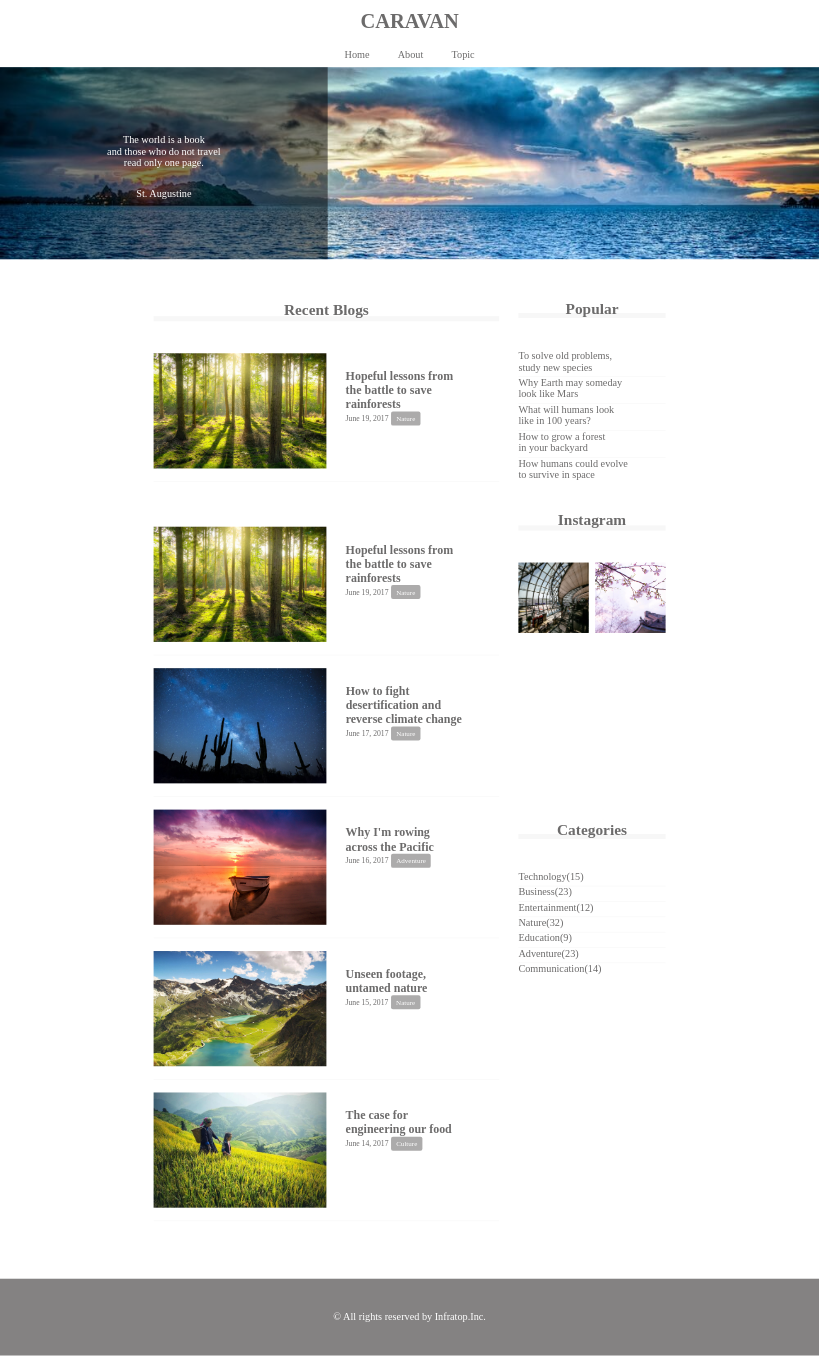
Repository: menyuu/test-html-CSS-practice
Page: caravan/index.html
The author's editor kept a record of every edit. The page is drawn from the files as they stood at one moment, then again after the next edit.
The browser window is 1280 px wide. The pictures show the whole page, at 64% of full size.

Above is the page before.

### caravan/index.html
<!DOCTYPE html>
<html lang="ja">
<head>
  <meta charset="UTF-8">
  <link rel="stylesheet" href="style.css" />
  <title>CARAVAN</title>
</head>
<body>
  <header>
    <h1 class="heading">
      <a href="index.html">
      CARAVAN
      </a>
    </h1>
  </header>

  <nav>
    <ul class="nav-list">
      <li class="nav-list-item">
        <a href="index.html">Home</a>
      </li>
      <li class="nav-list-item">
        <a href="#">About</a>
      </li>
      <li class="nav-list-item">
        <a href="#">Topic</a>
      </li>
    </ul>
  </nav>

  <div class="main-visual">
    <div class="main-visual-content">
      <p class="main-visual-text">
        The world is a book<br>
        and those who do not travel<br>
        read only one page.
      </p>
      <p class="main-visual-name">
        St. Augustine
      </p>
    </div>
  </div>

  <main>
    <section class="blog">
      <h2 class="blog-heading">Recent Blogs</h2>
      <div class="blog-box">
        <div class="blog-item">
          <img class="blog-image" src="img/forest.jpg">
          <section class="blog-text">
            <h3 class="blog-text-heading">
              <a href="single.html">
                Hopeful lessons from<br>
                the battle to save<br>
                rainforests
              </a>
            </h3>
            <p class="blog-date">June 19, 2017</p>
            <span class="category">Nature</span>
          </section>
        </div>
      </div>

      <!-- 以下コピペ　-->

      <div class="blog-box">
          <div class="blog-item">
            <img class="blog-image" src="img/forest.jpg" />
            <section class="blog-text">
              <h3 class="blog-text-heading">
                <a href="single.html">
                  Hopeful lessons from<br />
                  the battle to save<br />
                  rainforests
                </a>
              </h3>
              <p class="blog-date">June 19, 2017</p>
              <span class="category">Nature</span>
            </section>
          </div>
          <div class="blog-item">
            <img class="blog-image" src="img/desert.jpg" />
            <section class="blog-text">
              <h3 class="blog-text-heading">
                <a href="single.html">
                  How to fight<br />
                  desertification and<br />
                  reverse climate change
                </a>
              </h3>
              <p class="blog-date">June 17, 2017</p>
              <span class="category">Nature</span>
            </section>
          </div>
          <div class="blog-item">
            <img class="blog-image" src="img/sunset.jpg" />
            <section class="blog-text">
              <h3 class="blog-text-heading">
                <a href="single.html">
                  Why I'm rowing<br />
                  across the Pacific
                </a>
              </h3>
              <p class="blog-date">June 16, 2017</p>
              <span class="category">Adventure</span>
            </section>
          </div>
          <div class="blog-item">
            <img class="blog-image" src="img/italy.jpg" />
            <section class="blog-text">
              <h3 class="blog-text-heading">
                <a href="single.html">
                  Unseen footage,<br />
                  untamed nature
                </a>
              </h3>
              <p class="blog-date">June 15, 2017</p>
              <span class="category">Nature</span>
            </section>
          </div>
          <div class="blog-item">
            <img class="blog-image" src="img/asia.jpg" />
            <section class="blog-text">
              <h3 class="blog-text-heading">
                <a href="single.html">
                  The case for<br />
                  engineering our food
                </a>
              </h3>
              <p class="blog-date">June 14, 2017</p>
              <span class="category">Culture</span>
            </section>
          </div>
        </div>

      <!--ここまで-->

      <div class="pagination">
        <p></p>
        <p></p>
        <p></p>
        <p></p>
        <p></p>
        <p></p>
        <p></p>
      </div>

    </section>

    <div class="sidebar">
      <section class="popular">
        <h2 class="popular-heading common-heading">Popular</h2>
        <div class="sidebar-contents">
          <p class="popular-text">To solve old problems,<br>study new species</p>
          <p class="popular-text">Why Earth may someday<br>look like Mars</p>
          <p class="popular-text">What will humans look<br>like in 100 years?</p>
          <p class="popular-text">How to grow a forest<br>in your backyard</p>
          <p class="popular-text">How humans could evolve<br>to survive in space</p>
        </div>
      </section>
      <section class="instagram">
        <h2 class="instagram-heading common-heading">Instagram</h2>
        <div class="sidebar-contents">
          <div class="instagram-box"></div>
          <div class="instagram-box"></div>
          <div class="instagram-box"></div>
          <div class="instagram-box"></div>
          <div class="instagram-box"></div>
          <div class="instagram-box"></div>
        </div>
      </section>
      <section class="categories">
        <h2 class="categories-heading common-heading">Categories</h2>
        <div class="sidebar-contents">
          <p class="categories-text">Technology(15)</p>
          <p class="categories-text">Business(23)</p>
          <p class="categories-text">Entertainment(12)</p>
          <p class="categories-text">Nature(32)</p>
          <p class="categories-text">Education(9)</p>
          <p class="categories-text">Adventure(23)</p>
          <p class="categories-text">Communication(14)</p>
      </section>
    </div>
  </main>

  <footer>
    <p class="footer-text">© All rights reserved by Infratop.Inc.</p>
  </footer>
</body>
</html>

### caravan/style.css
* {
 margin: 0;
 padding: 0;
 box-sizing: border-box;
 color: #6c6b6b;
}

a {
 text-decoration: none;
}

header {
width: 90%;
padding: 15px 0;
margin: 0 auto;
text-align: center;
}

header .heading {
 font-size: 32px;
}

.nav-list {
 text-align: center;
 padding: 10px 0;
 margin: 0 auto;
}

.nav-list-item {
 list-style: none;
 display: inline-block;
 margin: 0 20px;
}

.main-visual {
 width: 100%;
 height: 300px;
 background-image: url(img/mv.jpg);
 background-size: cover;
 background-position: center;
}

.main-visual-content {
  width: 40%;
  height: 300px;
  background-color: rgba(0, 0, 0, 0.5);
  text-align: center;
  padding-top: 105px;
}

.main-visual-text {
 color: #fff;
}

.main-visual-name {
 margin-top: 30px;
 color: #fff;
}

main {
 width: 800px;
 display: flex;
 justify-content: center;
 margin: 0 auto;
 padding: 70px 0;
}

.blog {
  width: 540px;
  margin-right: 30px;
}

.blog-heading {
 border-bottom: 8px solid #f7f7f7;
 text-align: center;
 line-height: 0.8;
}

.blog-box {
 padding-top: 50px;
}

.blog-item {
 padding-bottom: 20px;
 margin-bottom: 20px;
 border-bottom: 1px solid #f7f7f7;
 display: flex;
 justify-content: flex-start;
}

.blog-image {
 height: 180px;
}

.blog-text {
 padding: 25px 0 0 30px;
}

.blog-text-headeing {
 padding-bottom: 15px;
}

.blog-date {
 font-size: 12px;
 display: inline-block;
}

.category {
 display: inline-block;
 padding: 5px 8px;
 background-color: #acabab;
 border-radius: 3px;
 color: #fff;
 font-size: 11px;
}

.sidebar {
  width: 230px
}

.common-heading {
 border-bottom: 8px solid #f7f7f7;
 text-align: center;
 line-height: 0.6;
}

.sidebar-contents {
 padding: 50px 0;
}

.popular-text,
.categories-text {
 padding-bottom: 5px;
 border-bottom: 1px solid #f7f7f7;
}

.popular-text:last-child,
.categories-text:last-child {
 margin: 0;
 paddong: 0;
 border: none;
}

.instagram .sidebar-contents {
 display: flex;
 flex-wrap: wrap;
}

.instagram-box {
 width: 110px;
 padding-top: 110px;
 background-size: cover;
 background-position: center;
 margin-bottom: 10px;
}

.instagram-box:nth-child(odd) {
 margin: 0 10px 10px 0;
}

.instagram-box:nth-child(1) {
 background-image: url(img/airport.jpg);
}

.instagram-box:nth-child(2) {
 background-image: url(img/japan.jpg);
}

.instagram-box:nth-child() {
 background-image: url();
}

.instagram-box:nth-child() {
 background-image: url();
}

.instagram-box:nth-child() {
 background-image: url();
}

.instagram-box:nth-child() {
 background-image: url();
}

footer {
 width: 100%;
 height: 120px;
 text-align: center;
 line-height: 120px;
 background-color: #848282;
}

.footer-text {
 color: #fff;
}

After the next edit:
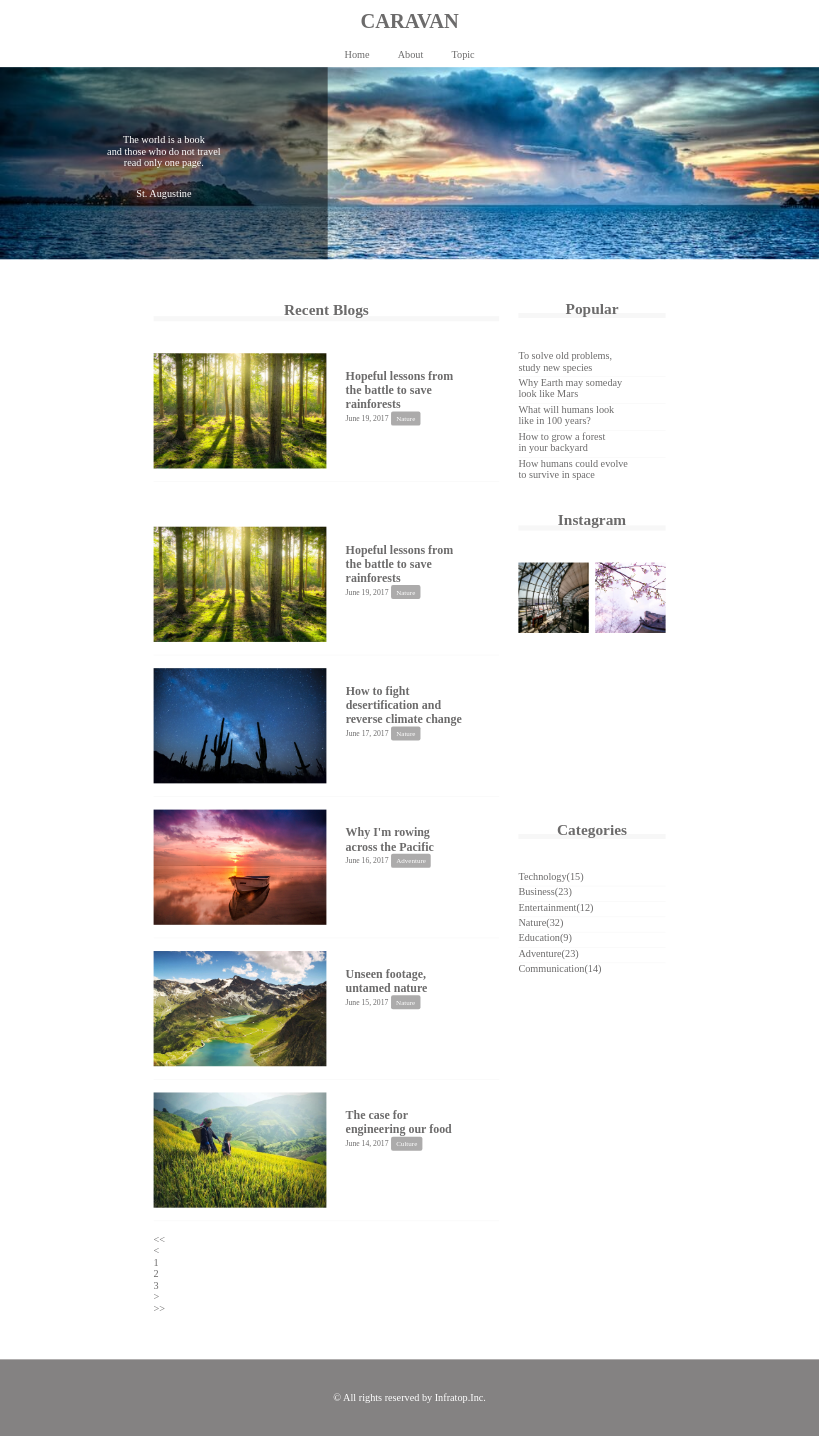
The edit:
--- a/caravan/index.html
+++ b/caravan/index.html
@@ -136,13 +136,13 @@
       <!--ここまで-->
 
       <div class="pagination">
-        <p></p>
-        <p></p>
-        <p></p>
-        <p></p>
-        <p></p>
-        <p></p>
-        <p></p>
+        <p><<</p>
+        <p><</p>
+        <p>1</p>
+        <p>2</p>
+        <p>3</p>
+        <p>></p>
+        <p>>></p>
       </div>
 
     </section>
